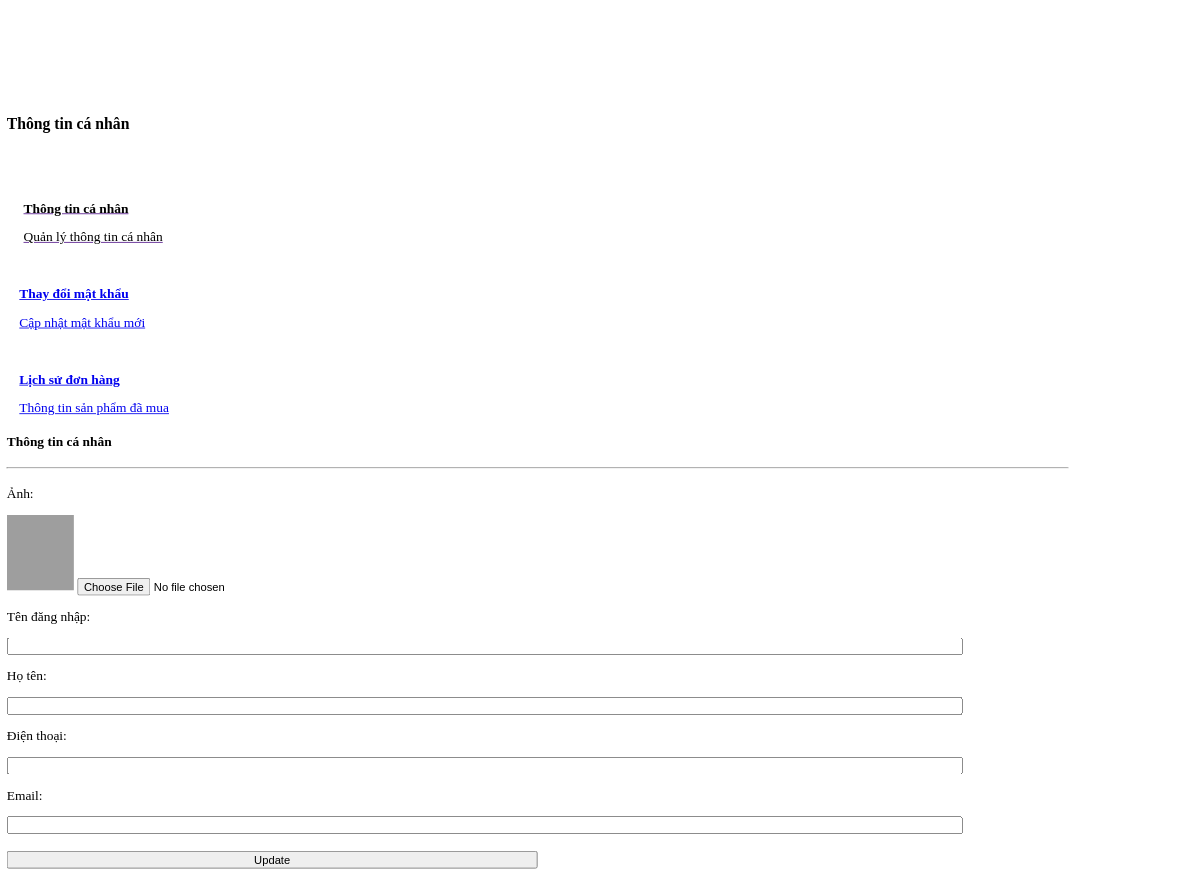
Repository: nguyengiabao245/NHOM3_C2
Page: http://localhost/DoAnJava/WEB-INF/views/account/edit.jsp
The author's editor kept a copy of each file at every save. The page is drawn from the files as they stood at one save, then again after the next save.
The browser window is 1280 px wide. The page is 1408 px wide, so the pictures cover 1408 px, including what lies to the right of the window. The pictures show the whole page, at 84% of full size.
Pictures or frames that could not be fetched are drawn as grey boxes. The page is served by Tomcat 9. Nobody is signed in. Other server files are loaded and not shown. The template is opened directly, without the code that normally fills it, so the values that code supplies are empty.

Above is the page before, as saved 2022-05-16 05:43:29.

### DoAnJava/src/main/webapp/WEB-INF/views/account/edit.jsp
<%@ page pageEncoding="utf-8"%>
<%@ taglib uri="http://www.springframework.org/tags/form" prefix="form"%>
<%@ taglib uri="http://www.springframework.org/tags" prefix="s"%>

<div class="container" style="margin-bottom: 25px;margin-top: 100px">
	<br>


	<h3 class="title" style="font-weight: 700">Thông tin cá nhân</h3>
	<br>


	<div class="row">
		<div class="col-sm-4">
			<div class="quan-li-thong-tin">
				<li class="nav-item2 active" style="list-style-type: none;"><a
					class="nav-link collapsed" href="" ata-toggle="collapse"
					id="i">
						<div class="row">
							<div class="col-sm-2">
								<i class="fas fa-info-circle" style="font-size: 30px; padding: 12px 5px; color: black;"></i>
							</div>
							<div class="col-sm-10" style="padding: 0px 15px;">
								<span> <b>Thông tin cá nhân</b>
									<p>Quản lý thông tin cá nhân</p>
								</span>
							</div>
						</div>
				</a></li>
			</div>
			<li class="nav-item2" style="list-style-type: none;">
				<a class="nav-link collapsed" href="/account/change" data-toggle="collapse" data-target="#collapseNews" aria-expanded="true" aria-controls="collapseNews">
					<div class="row">
						<div class="col-sm-2">
							<i class="fas fa-key"
								style="font-size: 30px; padding: 12px 5px; color: rgb(255, 208, 0);"></i>
						</div>
						<div class="col-sm-10" style="padding: 0px 15px;">
							<span> <b>Thay đổi mật khẩu</b>
								<p>Cập nhật mật khẩu mới</p>
							</span>
						</div>
					</div>
				</a>
			</li>
			<li class="nav-item2" style="list-style-type: none;"><a
				class="nav-link collapsed" href="/order/list"
				data-target="#collapseTwo" aria-expanded="true"
				aria-controls="collapseTwo">
					<div class="row">
						<div class="col-sm-2">
							<i class="fas fa-shopping-cart"
								style="font-size: 30px; padding: 12px 5px; color: brown;"></i>
						</div>
						<div class="col-sm-10" style="padding: 0px 15px;">
							<span> <b>Lịch sử đơn hàng</b>
								<p>Thông tin sản phẩm đã mua</p>
							</span>
						</div>
					</div>
			</a>
		</li>

		</div>





<!--  -->
		<div class="col-sm-8">
			<div class="ct1">
				<div>
					<div class="panel-heading">
                                <h4 class="panel-title">Thông tin cá nhân</h4>
                            </div>
					<hr>
					<form:form action="/account/edit" modelAttribute="form" enctype="multipart/form-data">
					<h4 class="label label-danger">${message}</h4>
						<div class="row" style="margin-top:20px">
							<div class="col-sm-4">
								<p>Ảnh:</p>
							</div>
							<div class="col-sm-8">
								<p>
									<img src="/static/images/customers/${form.photo}"
										style="width: 80px; height: 90px;" /> <input type="file"
										name="photo_file" />
									<form:hidden path="photo" class="form-control" />
								</p>
							</div>
						</div>
						<div class="row">
							<div class="col-sm-4">
								<p>Tên đăng nhập:</p>
							</div>
							<div class="col-sm-8">
								<p>
									<form:input style="width: 90%;" path="id" class="form-control" readonly="true" />
								</p>
							</div>
						</div>
						<div class="row">
							<div class="col-sm-4">
								<p>Họ tên:</p>
							</div>
							<div class="col-sm-8">
								<p>
									<form:input style="width: 90%;" path="fullname" class="form-control" required="required" pattern=".{6,}" title="Họ tên phải từ 6 ký tự trở lên"/>
								</p>
							</div>
						</div>
						<div class="row">
							<div class="col-sm-4">
								<p>Điện thoại:</p>
							</div>
							<div class="col-sm-8">
								<p>
									<form:input style="width: 90%;" path="telephone" class="form-control" required="required" pattern=".{10,}" title="Số điện thoại gồm 10 số "/>
								</p>
							</div>
						</div>
						<div class="row">
							<div class="col-sm-4">
								<p>Email:</p>
							</div>
							<div class="col-sm-8">
								<p>
									<form:input style="width: 90%;" path="email" class="form-control" required="required" pattern="[a-z0-9._%+-]+@[a-z0-9.-]+\.[a-z]{2,}$" title="Email không hợp lệ"/>
								</p>
							</div>
						</div>
						<div class="row">
							<div class="col-sm-4"></div>
							<div class="col-sm-8" style=" right:-85px;margin-top:20px">
								<form:hidden path="password" />
								<form:hidden path="activated" />
								<form:hidden path="admin" />
								<button class="userauth__btn" style="width: 50%;">Update</button>
							</div>
						</div>
					</form:form>
				</div>
			</div>
		</div>
	</div>
</div>






<style>
.dang-nhap {
	background-color: white;
	padding: 30px 120px;
	margin: 0 auto;
	width: 60%;
}

.quan-li-thong-tin .active {
	background-color: white;
	width: 110%;
	padding: 10px 5px 0px;
	border-radius: 5px;
}

.gach {
	background-color: blue;
	width: 100px;
}

.quan-li-thong-tin .active span {
	color: black;
}
</style>

After the next save:
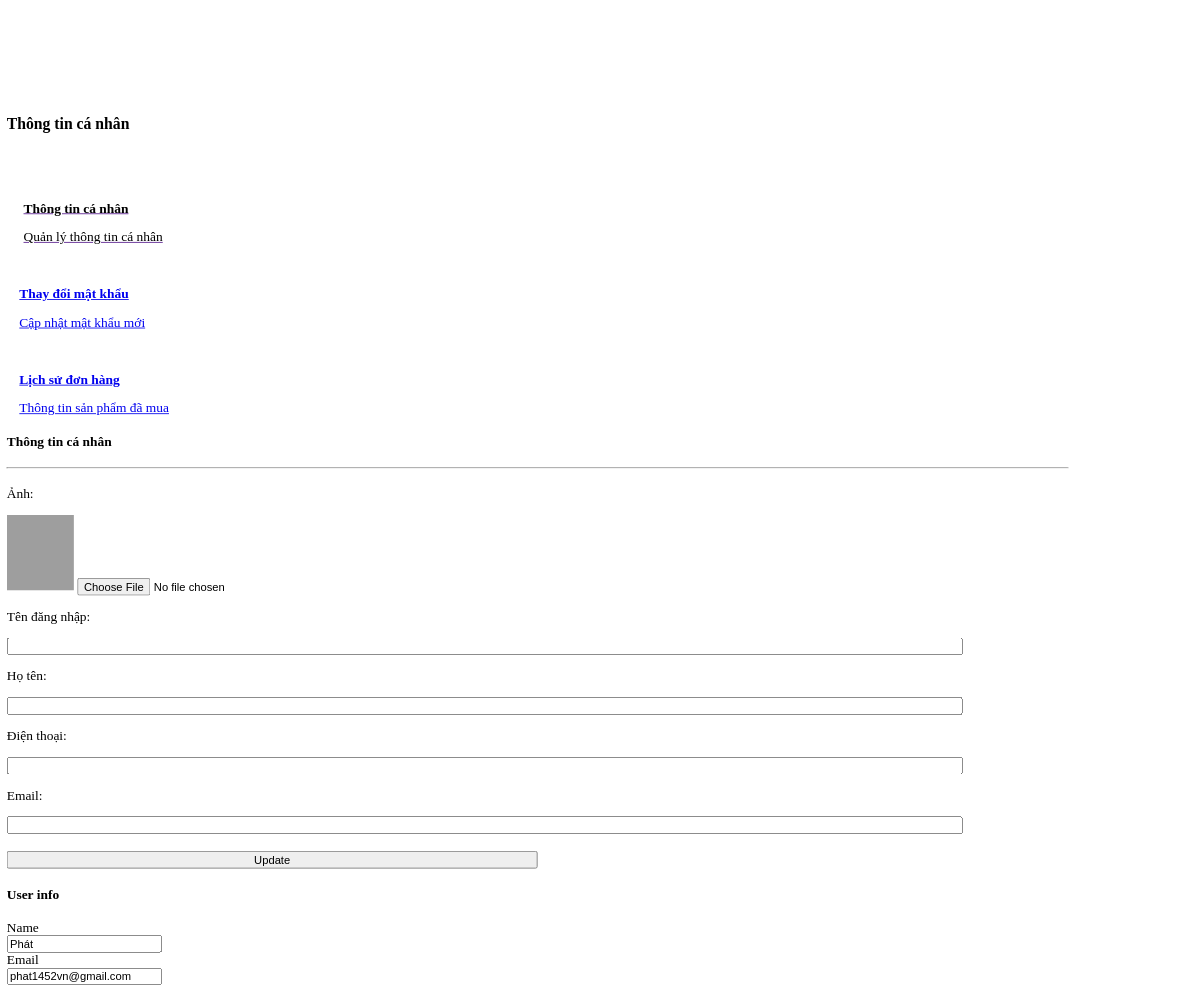
Saved 119 s later.
--- a/DoAnJava/src/main/webapp/WEB-INF/views/account/edit.jsp
+++ b/DoAnJava/src/main/webapp/WEB-INF/views/account/edit.jsp
@@ -139,6 +139,26 @@
 								<button class="userauth__btn" style="width: 50%;">Update</button>
 							</div>
 						</div>
+
+						 <div class="panel panel-default">
+                            <div class="panel-heading">
+                                <h4 class="panel-title">User info</h4>
+                            </div>
+                            <div class="panel-body">
+                                <div class="form-group">
+                                    <label class="col-sm-2 control-label">Name</label>
+                                    <div class="col-sm-10">
+                                        <input name="name" type="text" class="form-control" value="Phát">
+                                    </div>
+                                </div>
+                                <div class="form-group">
+                                    <label class="col-sm-2 control-label">Email</label>
+                                    <div class="col-sm-10">
+                                        <input name="email" type="text" class="form-control" value="phat1452vn@gmail.com">
+                                    </div>
+                                </div>
+                            </div>
+                        </div>
 					</form:form>
 				</div>
 			</div>
